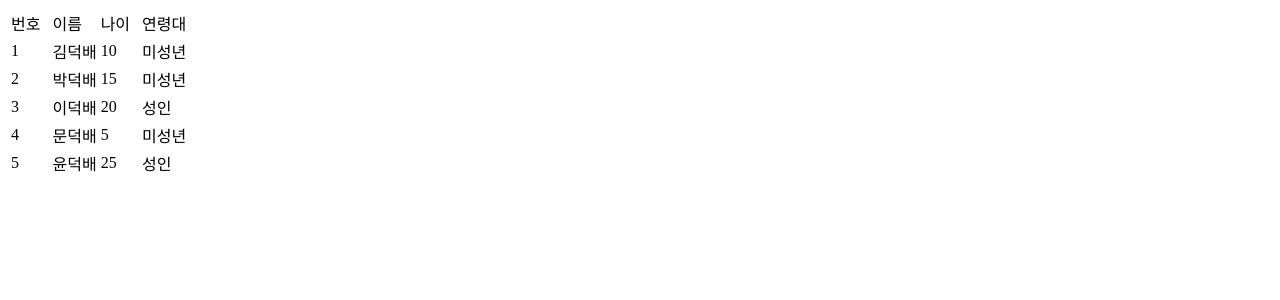
Repository: WoodongMaster/JSP_Workspace
Page: http://localhost/jstl_study/step7.jsp
These files come from the project's save history. The page is drawn as it stood at one moment and after the next save; the edit follows.
The browser window is 1280 px wide. The pictures show the whole page.
The page is served by Tomcat 9.

Above is the page before, as saved 2023-05-10 03:42:44.

After the next save:
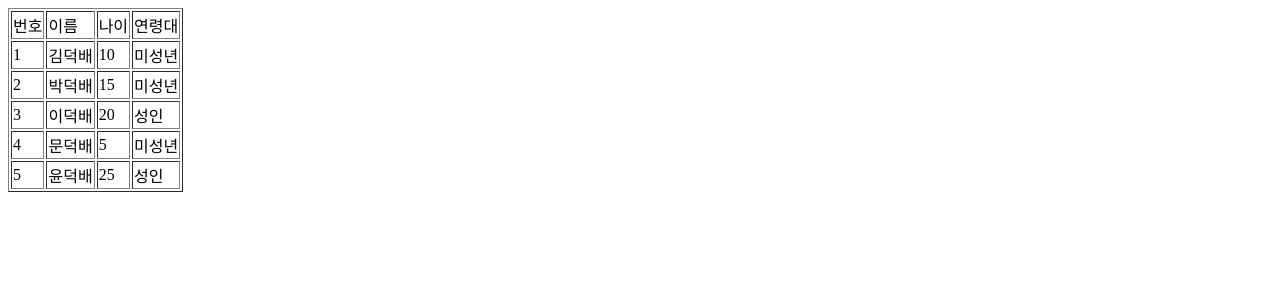
Saved 66 s later.
--- a/jstl_project/jstl_study/src/main/webapp/step7.jsp
+++ b/jstl_project/jstl_study/src/main/webapp/step7.jsp
@@ -21,13 +21,13 @@
 		request.setAttribute("people", list);
 	%>
 	<c:if test="true"></c:if>
-	<table>
+	<table border="1">
 	<thead>
 		<tr>
-			<td>번호&nbsp;&nbsp;
-			<td>이름&nbsp;&nbsp;
-			<td>나이&nbsp;&nbsp;
-			<td>연령대&nbsp;&nbsp;
+			<td>번호
+			<td>이름
+			<td>나이
+			<td>연령대
 		</tr>
 	</thead>
 	<tbody>
